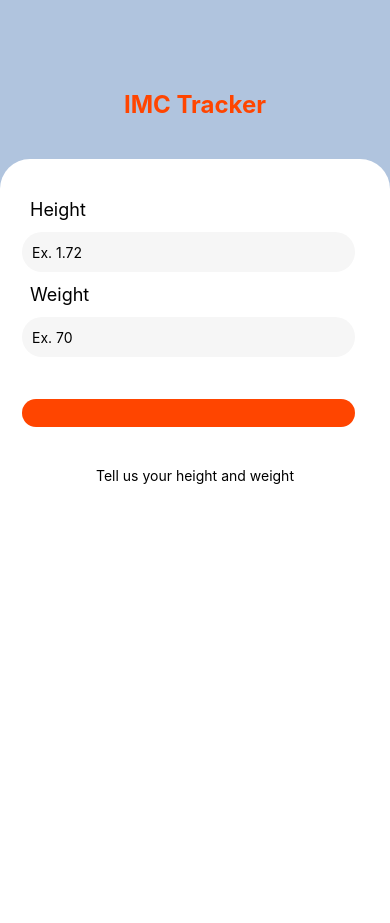
Repository: rubenmatias08/IMCTracker
Screen: /
The author's editor kept a copy of each file at every save. The screen is drawn from the files as they stood at one save, then again after the next save.
The app was drawn by React Native's web renderer in a window 390 px wide. The project was rebuilt for these pictures with package versions that can differ from the ones it lists, and the page was loaded fresh each time.

Above is the screen before, as saved 2024-03-10 20:28:42.

### App.js
import { StyleSheet, View } from 'react-native';
import Title from './src/components/Title';
import Form from './src/components/Form/index'

export default function App() {
  return (
    <View style={styles.container}>
      <Title/>
      <Form />
    </View>
  );
}

const styles = StyleSheet.create({
  container: {
    flex: 1,
    backgroundColor: '#B0C4DE',
    paddingTop: 80,

  },
});



/*
   alignItems: 'center',
    justifyContent: 'center',

*/

### src/components/Title/index.js
import React from "react";
import { View,Text } from "react-native"; //Componentes
import styles from "./style";

export default function Title(){
    return(
        <View style={styles.boxTitle}>
            <Text style={styles.textTitle}>IMC Tracker</Text>
        </View>
    )
}

//Para aplicar a estilização colocamos: style={nomedoficheiroimportado.propriedadeJSON}

### src/components/Form/index.js
import React , {useState} from "react";
import { TextInput, View, Text, TouchableOpacity} from "react-native";
import ResultIMC from "./ResultIMC";
import styles from "./style";


export default function Form(){

    const [height, setHeight] = useState(null); // Altura
    const [weight, setWeight] = useState(null); // Peso
    const [messageIMC, setmessageIMC] = useState("Tell us your height and weight"); // Mensagem que contem o resultado
    const [imc,setIMC] = useState(null); // valor do IMC
    const [textButton, setTextButton] = useState("Calculate"); //

    //Calcular o imc é altura x altura a dividir por peso
    //E vamos querer que nos retorne o resultado (toFixed) que é para vir com 2 casas decimais apenas.
    function CalculatorIMC(){
        return setIMC((weight / (height * height)).toFixed(2))
    }

    //Caso os valores tiverem sido preenchidos ele valida, caso contrário temos de avisar o usuário para preencher os dados de altura e peso.
    //Aqui com a condição é: Caso os valores de height e weight sejam diferentes de null, ou seja, estão preenchidos... Chama a função CalculatorIMC() que fará o calculo que depois nos dá o resultado.
    function ValidationIMC(){
        if(height != null && weight != null){
            CalculatorIMC() //Função do calculo
            setHeight(null) //Reset de height para que se faça depois um novo calculo
            setWeight(null) //Reset de weight para que se faça depois um novo calculo
            setmessageIMC("Your IMC is:") //Mensagem para apresentar o resultado
            setTextButton("Calculate again") //Botão com mensagem
            return //Depois de tudo isto... Retorna-nos.
        }
        setIMC(null) //caso o peso e altura sejam nulos, colocamos o imc como nulo também para que não haja resposta de possiveis calculos anteriores
        setTextButton("Calculate") //Para voltar a apresentar o texto original
        setmessageIMC("Tell us your height and weight") //Para voltar a apresentar o texto original

    }


    return(
        <View style={styles.formContent}>
            <View style={styles.form}>
                <Text style={styles.formLabel}>Height</Text>
                <TextInput style= {styles.input}
                onChangeText={setHeight}
                value={height}
                placeholder="Ex. 1.72"
                keyboardType="numeric"
                />

                <Text style={styles.formLabel}>Weight</Text>
                <TextInput style= {styles.input}
                onChangeText={setWeight}
                value={weight}
                placeholder="Ex. 70"
                keyboardType="numeric"
                />

               <TouchableOpacity style={styles.buttonCalculator} onPress={() => ValidationIMC()}>
               </TouchableOpacity>

            </View>
            <ResultIMC messageResultImc={messageIMC} resultImc={imc}/>
        </View>
    )
}

//O keyboardType indica qual o tipo de teclado que ele vai abrir
//No <ResultIMC> leva duas props com propriedades dinamicas.


//Antes tinhamos um Button para mostrar os resultados depois, assim:
//  <Button onPress={() => ValidationIMC()} title={textButton}/>
//mas fizemos diferente e usamos o TouchOpacity

### src/components/Title/style.js
import { StyleSheet } from "react-native";

const styles = StyleSheet.create( {
    boxTitle: {
        alignItems: "center",
        justifyContent: "center",
        padding: 10,
    },
    textTitle: {
        color:"#FF4500",
        fontSize:24,
        fontWeight:"bold"
    }
});

export default styles;

### src/components/Form/ResultIMC/index.js
import React from "react";
import { View , Text } from "react-native";

export default function ResultIMC(props){
    return(
        <View>
            <Text>{props.messageResultImc}</Text>
            <Text>{props.resultImc}</Text>
        </View>
    )
}

//Neste componente vai ser mostrado o resultado do valor de IMC e uma mensagem com o valor desse IMC.

### src/components/Form/style.js
import { StyleSheet } from "react-native";

const styles = StyleSheet.create( {
    formContent: {
        width:"100%",
        height:"100%",
        bottom:0,
        backgroundColor:"#ffffff",
        alignItems:"center",
        borderTopLeftRadius:30,
        borderTopRightRadius:30,
        marginTop:30
    },
    form: {
        width:"100%",
        height:"auto", //Colocando auto, ao colocar novos items ao conteudo ele ajusta.
        marginTop:30,
        padding:10
    },
    formLabel:{
        color:"#000000",
        fontSize:18,
        paddingLeft:20,
    },
    input:{
        width:"90%",
        borderRadius:50,
        backgroundColor:"#f6f6f6",
        height:40,
        margin:12,
        paddingLeft:10,
    },
    buttonCalculator:{
        borderRadius:50,
        alignItems:"center",
        justifyContent:"center",
        width:"90%",
        backgroundColor:"#FF4500",
        paddingTop:14,
        paddingBottom:14,
        marginLeft:12,
        margin:30

    },
    textButtonCalculator:{
        fontSize:20,
        color: "#ffffff",
    }
});

export default styles;

After the next save:
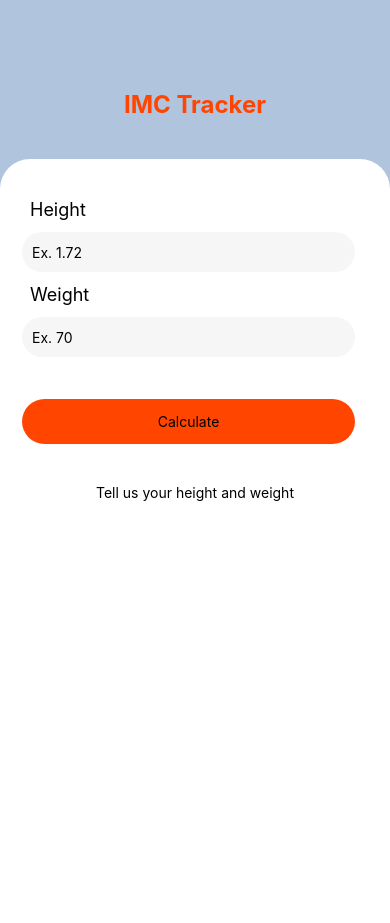
Saved 2 min 3 s later.
--- a/src/components/Form/index.js
+++ b/src/components/Form/index.js
@@ -56,6 +56,7 @@ export default function Form(){
                 />
 
                <TouchableOpacity style={styles.buttonCalculator} onPress={() => ValidationIMC()}>
+               <Text>{textButton}</Text>
                </TouchableOpacity>
 
             </View>
